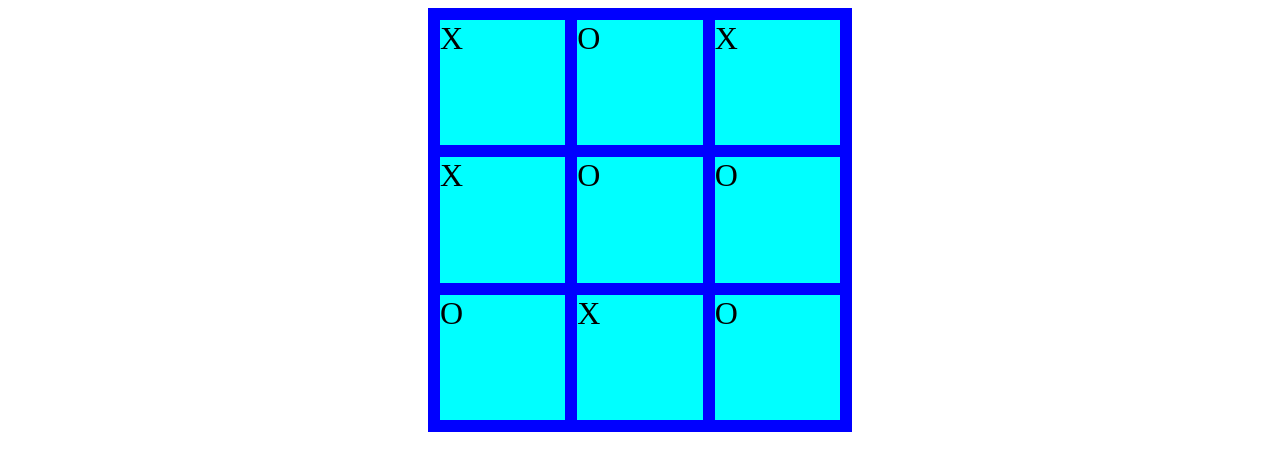
Repository: yeetzpxoci/tic-tac-toe
Page: index.html
The author's editor kept a copy of each file at every save. The page is drawn from the files as they stood at one save, then again after a run of saves.
The browser window is 1280 px wide. The pictures show the whole page.

Above is the page before, as saved 2023-02-22 20:35:41.

After the next 2 saves:
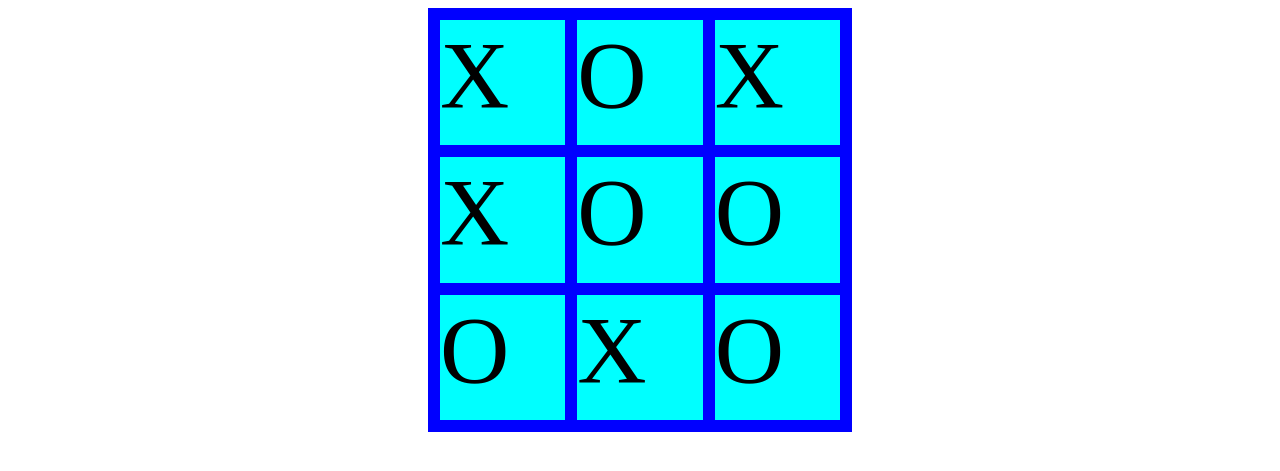
The 2 saves are shown as one change because they came seconds apart.
The last was saved 7 s later.
--- a/styles.css
+++ b/styles.css
@@ -11,7 +11,7 @@ body {
     background-color: blue;
     padding: 12px;
     gap: 12px;
-    font-size: 32px;
+    font-size: 96px;
     display: grid;
     grid-template-columns: repeat(3, 1fr);
     grid-template-rows: repeat(3, 1fr);
